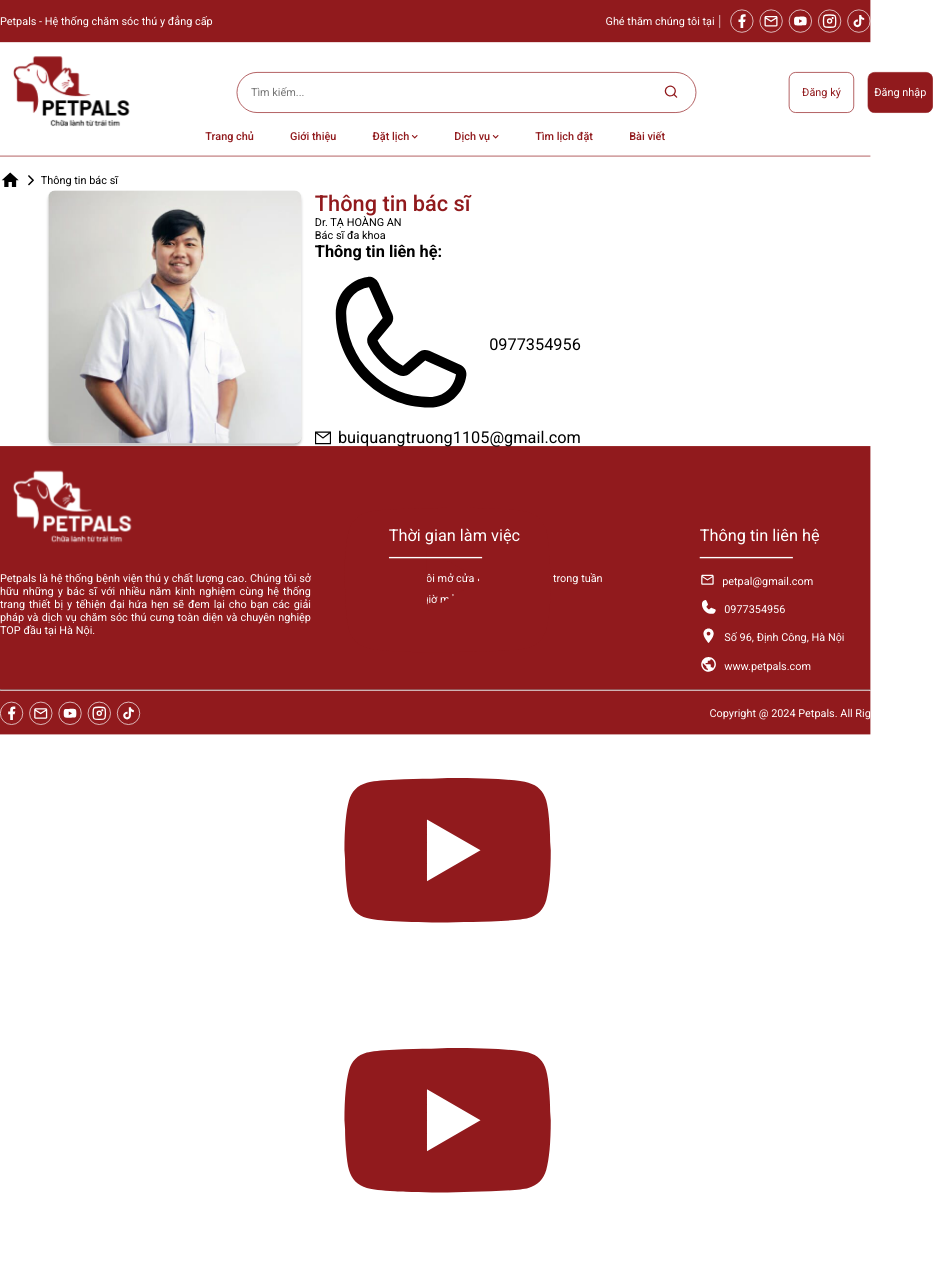
Repository: ahntrung1909/Petpals
Page: /chi-tiet-bac-si (app in petpals-user-main/)
These files come from the project's save history. The page is drawn as it stood at one moment and after the next save; the edit follows.
The browser window is 1280 px wide. The page is 1372 px wide, so the pictures cover 1372 px, including what lies to the right of the window. The pictures show the whole page, at 68% of full size.
The project was rebuilt for these pictures with package versions that can differ from the ones it lists, and the page was loaded fresh each time. The framework's server and built-in components were replaced by stand-ins that run in the browser. Also part of the build but not shown: petpals-user-main/next.config.js, petpals-user-main/next.config.mjs.

Above is the page before, as saved 2024-04-14 13:05:36.

After the next save:
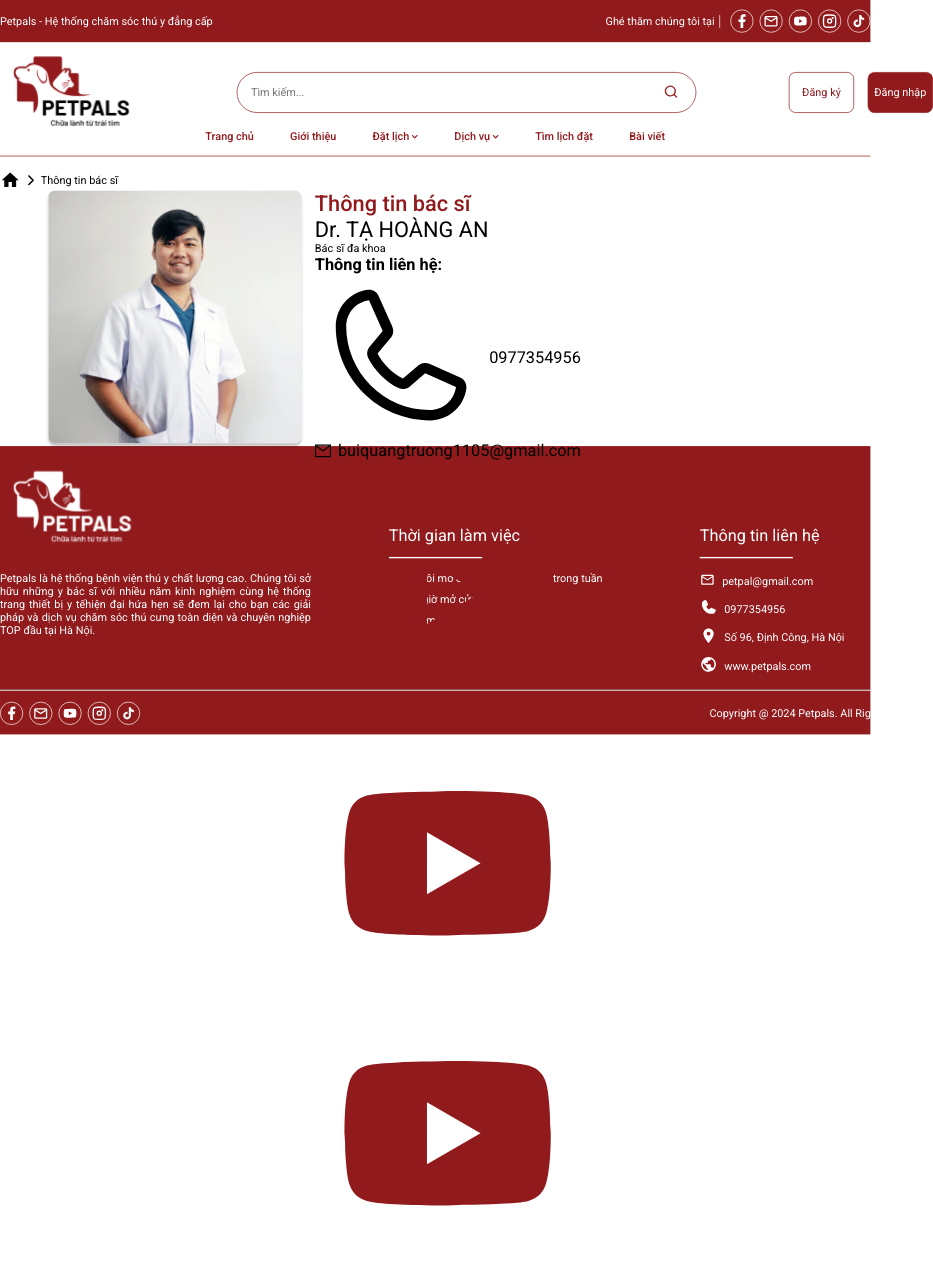
Saved 72 s later.
--- a/petpals-user-main/src/app/chi-tiet-bac-si/style.scss
+++ b/petpals-user-main/src/app/chi-tiet-bac-si/style.scss
@@ -25,6 +25,9 @@
         font-size: 32px;
         font-weight: 500;
       }
+      .doctor-name {
+        font-size: 32px;
+      }
     }
   }
 }
